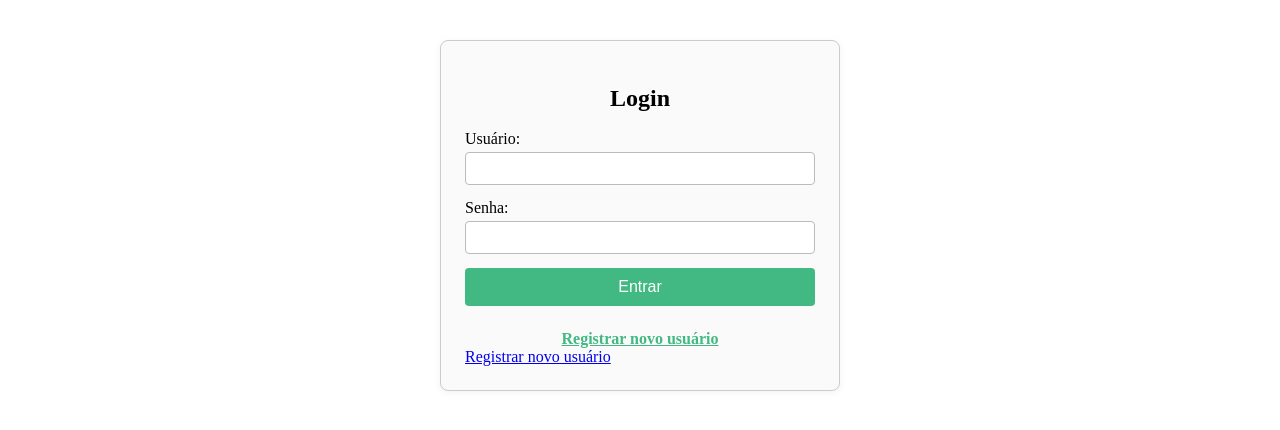
Repository: MuriloColleti/Project-vue
Page: /login
An editor plug-in stored every save of this project. The page is shown before and after a run of saves, followed by the edit.
The browser window is 1280 px wide. The pictures show the whole page.
The project was rebuilt for these pictures with package versions that can differ from the ones it lists, and the page was loaded fresh each time. Also part of the build but not shown: vite.config.js, src/pages/Home.vue, src/pages/Register.vue.

Above is the page before, as saved 2025-09-20 17:15:26.

After the next 2 saves:
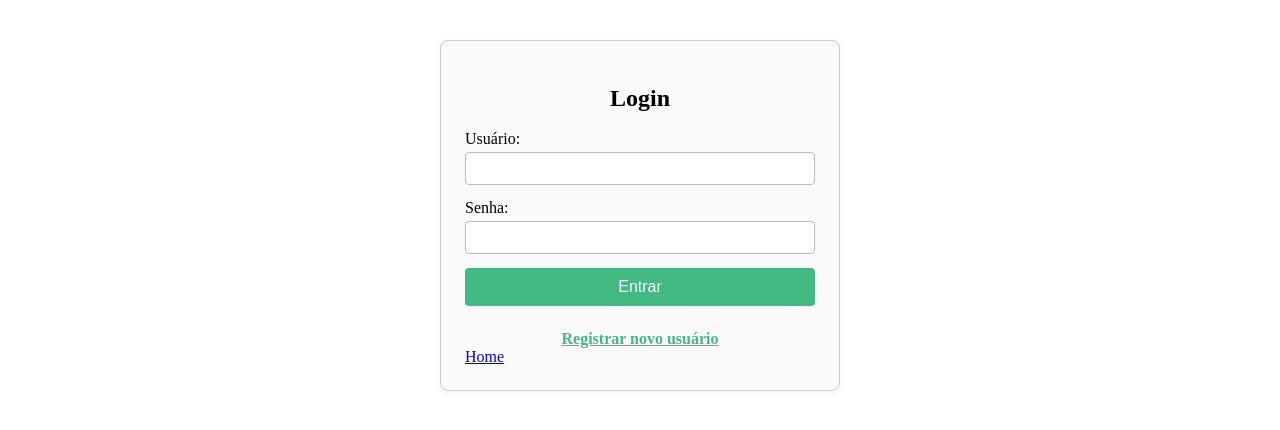
The 2 saves are shown as one change because they came seconds apart.
The last was saved 16 s later.
--- a/src/pages/Login.vue
+++ b/src/pages/Login.vue
@@ -14,7 +14,7 @@
     </form>
     <p v-if="error" class="error">{{ error }}</p>
     <router-link to="/register" class="register-link">Registrar novo usuário</router-link>
-     <router-link to="/" class="home-link">Registrar novo usuário</router-link>
+    <router-link to="/" class="home-link">Home</router-link>
   </div>
 </template>
 
@@ -36,9 +36,7 @@ function getUsers() {
 
 function handleLogin() {
   const users = getUsers()
-  const found = users.find(
-    u => u.username === username.value && u.password === password.value
-  )
+  const found = users.find((u) => u.username === username.value && u.password === password.value)
   if (found) {
     error.value = ''
     alert('Login realizado com sucesso!')
